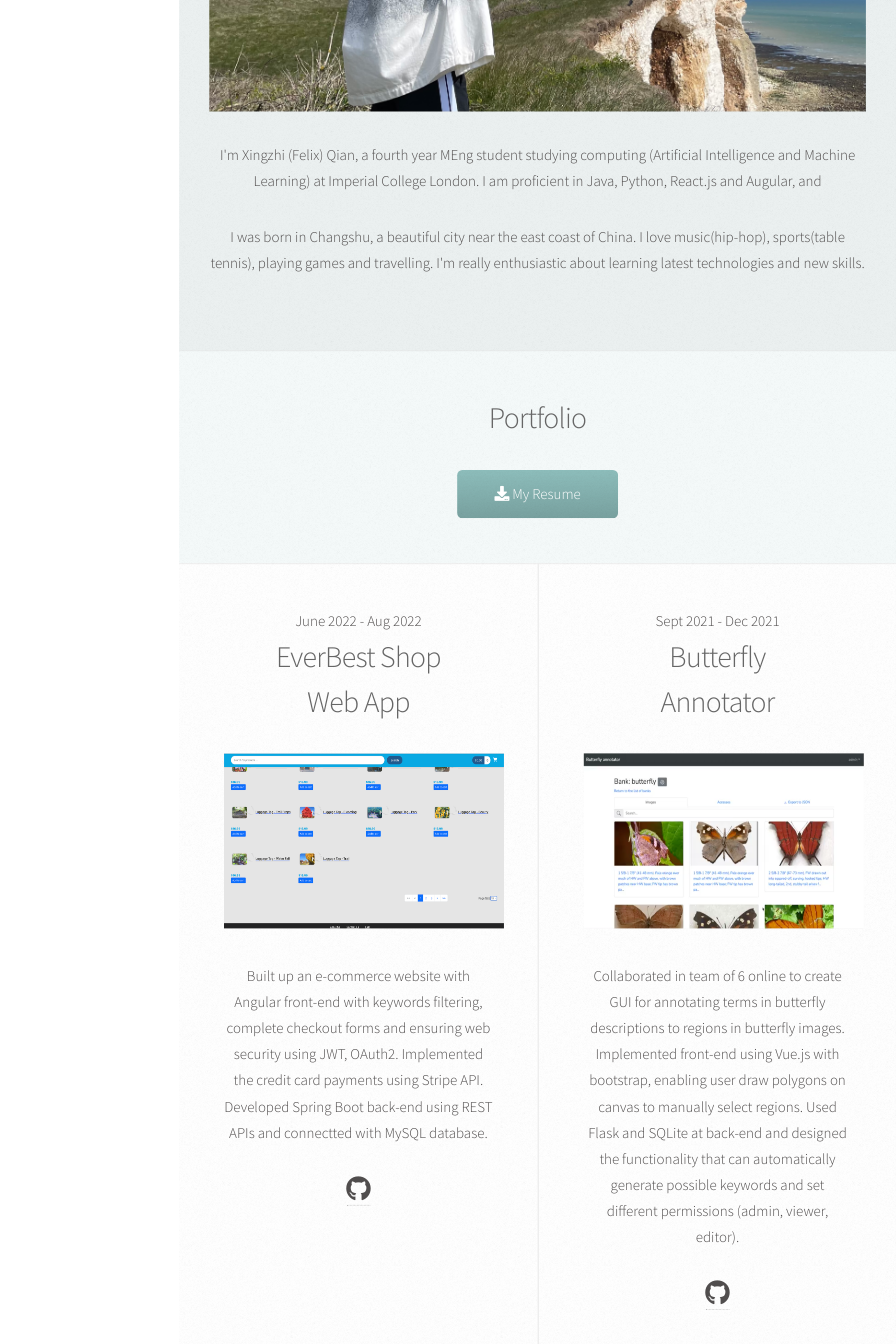
Repository: Felixqxz/Felixqxz.github.io
Page: index.html
An editor plug-in stored every save of this project. The page is shown before and after a run of saves, followed by the edit.
The browser window is 1280 px wide. The pictures show the part of the page from y = 1235 to 3155 px (the page is 5873 px tall before and 5910 px after), at 70% of full size.

Above is the page before, as saved 2022-08-04 23:16:01.

After the next 2 saves:
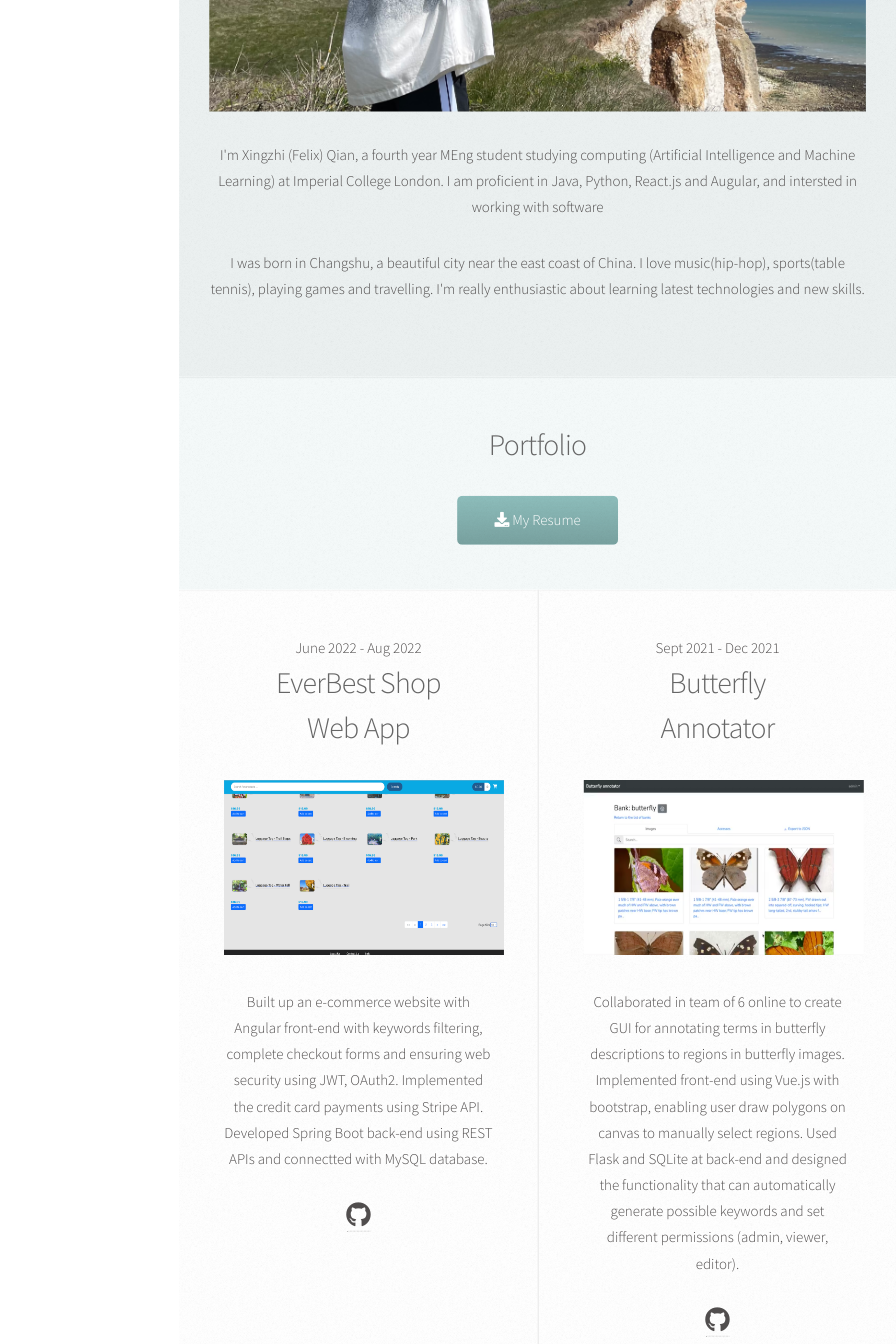
The 2 saves are shown as one change because they came seconds apart.
The last was saved 23 s later.
--- a/index.html
+++ b/index.html
@@ -83,7 +83,7 @@
 							<a href="#" class="image featured"><img src="images/photo.jpeg" alt="" /></a>
 
 							<p>I'm Xingzhi (Felix) Qian, a fourth year MEng student studying computing (Artificial Intelligence and Machine Learning)
-								at Imperial College London. I am proficient in Java, Python, React.js and Augular, and  </p>
+								at Imperial College London. I am proficient in Java, Python, React.js and Augular, and intersted in working with software  </p>
 							<p>I was born in Changshu, a beautiful city near the east coast of China. I love music(hip-hop), sports(table tennis),
 								 playing games and travelling.
 								I'm really enthusiastic about learning latest technologies and new skills.
